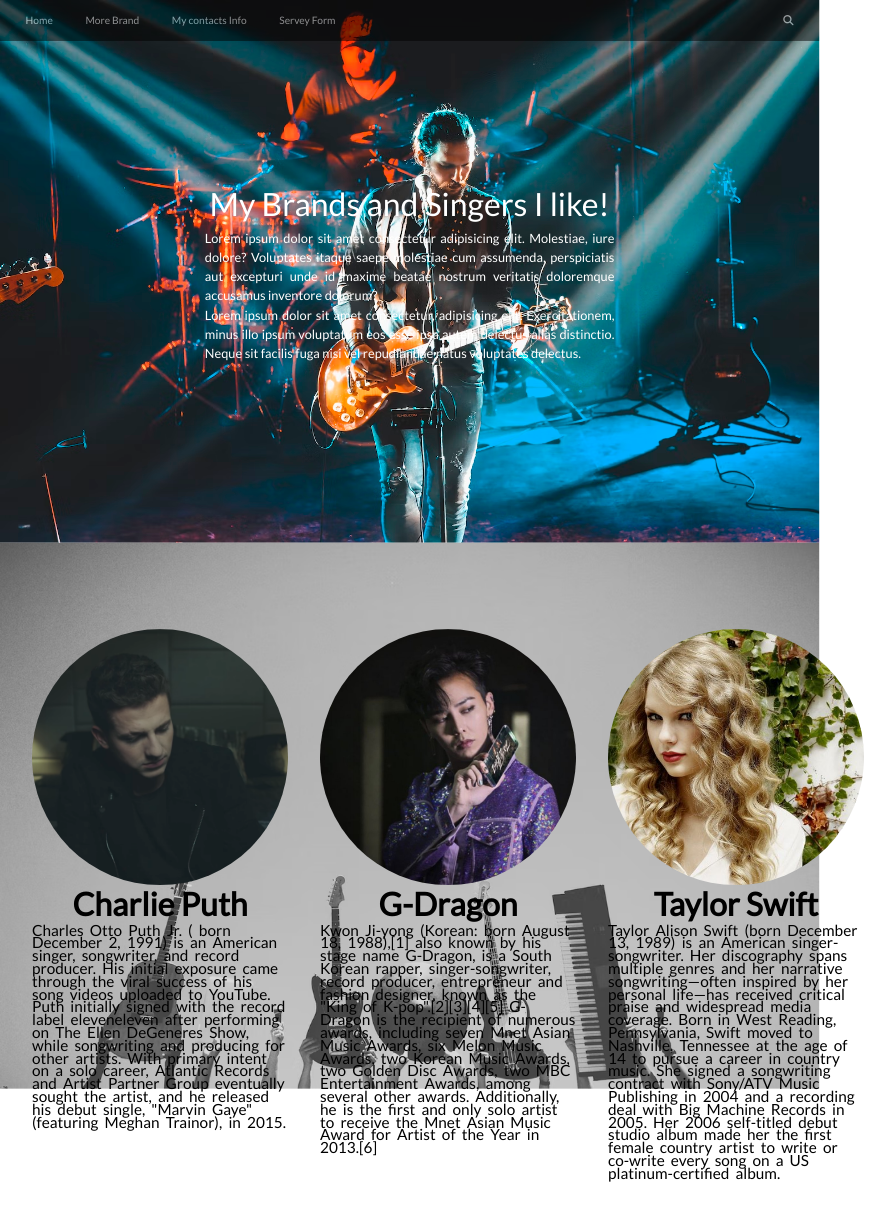
Repository: MinChea36/asm
Page: ASSM1.html
An editor plug-in stored every save of this project. The page is shown before and after the next save, followed by the edit.
The browser window is 1280 px wide. The page is 1400 px wide, so the pictures cover 1400 px, including what lies to the right of the window. The pictures show the whole page, at 64% of full size.

Above is the page before, as saved 2022-09-22 22:52:36.

### ASSM1.html
<!DOCTYPE html>
<html lang="en">
<head>
    <meta charset="UTF-8">
    <meta http-equiv="X-UA-Compatible" content="IE=edge">
    <meta name="viewport" content="width=device-width, initial-scale=1.0">
    <link rel="stylesheet" href="./resetcss.css">
    <link rel="stylesheet" href="./style.css">
    <link rel="stylesheet" href="https://cdnjs.cloudflare.com/ajax/libs/font-awesome/6.2.0/css/all.min.css">
    <link rel="stylesheet" href="https://fonts.googleapis.com/css?family=Lato">
    <title>AssignMent 1</title>
</head>
<body>
    <div class="top-menu">
        <div class="menu">
            <a href="#1">Home</a> |
            <a href="#2">More Brand</a> |
            <a href="#3">My contacts Info</a> |
            <a href="#4">Servey Form</a> |
        </div>
        <div class="search">
            <i class="fa-solid fa-magnifying-glass"></i>
        </div>
    </div>
    <div class="brand-singer">
        <img src="./photo-1598387993441-a364f854c3e1.avif" width="100%" alt="">
        <div class="brand-singer-in-img">
        <h2>My Brands and Singers I like!</h2>
        <p>Lorem ipsum dolor sit amet consectetur adipisicing elit. Molestiae, iure dolore? Voluptates itaque saepe molestiae cum assumenda, perspiciatis aut excepturi unde id maxime beatae nostrum veritatis doloremque accusamus inventore dolorum?<br>
            Lorem ipsum dolor sit amet consectetur, adipisicing elit. Exercitationem, minus illo ipsum voluptatum eos esse ipsa autem delectus alias distinctio. Neque sit facilis fuga nisi vel repudiandae natus voluptates delectus.
        </p>
        </div>
    </div>

    <div class="boxed">
        <img src="./photo-1445375011782-2384686778a0.avif" width="100%" alt="">
        <div class="singers-like">
            <div class="row">
                <div class="card-img">
                   <img src="./643a87-Charlie-Puth-Claims-Hes-Done-Writing-Love-Ballads-And-Is-Bring-His-Dark-Thoughts-To-His-New-Album-feature.webp" alt="">
                </div>
                <div class="singers-text">
                <h2>Charlie Puth</h2>
                <p>Charles Otto Puth Jr. ( born December 2, 1991) is an American singer, songwriter, and record producer. His initial exposure came through the viral success of his song videos uploaded to YouTube. Puth initially signed with the record label eleveneleven after performing on The Ellen DeGeneres Show, while songwriting and producing for other artists. With primary intent on a solo career, Atlantic Records and Artist Partner Group eventually sought the artist, and he released his debut single, "Marvin Gaye" (featuring Meghan Trainor), in 2015.</p>
                </div>
            </div>
            <div class="row">
                <div class="card-img">
                   <img src="/G-Dragon-elle-man-1.jpg" alt="">
                </div>
                <div class="singers-text">
                <h2>G-Dragon</h2>
                <p>Kwon Ji-yong (Korean: born August 18, 1988),[1] also known by his stage name G-Dragon, is a South Korean rapper, singer-songwriter, record producer, entrepreneur and fashion designer, known as the "King of K-pop".[2][3][4][5] G-Dragon is the recipient of numerous awards, including seven Mnet Asian Music Awards, six Melon Music Awards, two Korean Music Awards, two Golden Disc Awards, two MBC Entertainment Awards, among several other awards. Additionally, he is the first and only solo artist to receive the Mnet Asian Music Award for Artist of the Year in 2013.[6]</p>
                </div>
            </div>
            <div class="row">
                <div class="card-img">
                   <img src="images814767taylorsw-c29a.jpg" alt="">
                </div>
                <div class="singers-text">
                <h2>Taylor Swift</h2>
                <p>Taylor Alison Swift (born December 13, 1989) is an American singer-songwriter. Her discography spans multiple genres and her narrative songwriting—often inspired by her personal life—has received critical praise and widespread media coverage. Born in West Reading, Pennsylvania, Swift moved to Nashville, Tennessee at the age of 14 to pursue a career in country music. She signed a songwriting contract with Sony/ATV Music Publishing in 2004 and a recording deal with Big Machine Records in 2005. Her 2006 self-titled debut studio album made her the first female country artist to write or co-write every song on a US platinum-certified album.</p>
            </div>
            </div>
        </div>
    </div>


</body>
</html>

### resetcss.css
*,
*::before,
*::after {
  box-sizing: border-box;
}
* {
  margin: 0;
  padding: 0;
  font: inherit;
}
body {
  line-height: 1.5;
}
img,
picture,
video,
canvas,
svg {
  display: block;
  max-width: 100%;
}
input,
button,
textarea,
select {
  outline: none;
}
p,
h1,
h2,
h3,
h4,
h5,
h6 {
  overflow-wrap: break-word;
}

### style.css
body {
    padding: 0;
    margin: 0;
    font-family: "Lato", sans-serif;
}
.top-menu {
    display: flex;
    justify-content: space-between;
    background-color: black;
    padding: 20px;
    position: fixed;
    top: 0;
    left: 0;
    z-index: 2;
    right: 0;
    opacity: 0.5;
}
.menu a{
    color: white;
    text-decoration: none;
    padding: 0 20px;
}
.menu a:hover {
    color: red;
}
.search i {
    color: white;
    padding-right: 20px;
}
.brand-singer {
    position: relative;
}
.brand-singer-in-img {
    position: absolute;
    top: 50%;
    left: 50%;
    transform: translate(-50%, -50%);
    color: white;
    text-align: center;
}
.brand-singer h2 {
    font-size: 50px;
}
.brand-singer p {
    text-align: justify;
    font-size: 20px;
}
.boxed {
   position: relative;
}
.singers-like {
    position: absolute;
    top: 10%;
    left: 0;
    display: grid;
    grid-template-columns: repeat(3,1fr);
    grid-column-gap: 50px;
    padding: 50px 50px;
    line-height: 20px;
}
.singers-text h2 {
    margin-top: 20px;
    margin-bottom: 20px;
    text-align: center;
    font-size: 50px;
    font-weight: bold;
}
.singers-text p {
    font-size: 24px;
    word-spacing: 5px;
}
.card-img {
    border-radius: 50%;
    width: 400px;
    height: 400px;
    overflow: hidden;
    margin: 0 auto;
}
.card-img img{
    width: 100%;
    height: 100%;
    object-fit: cover;
}

After the next save:
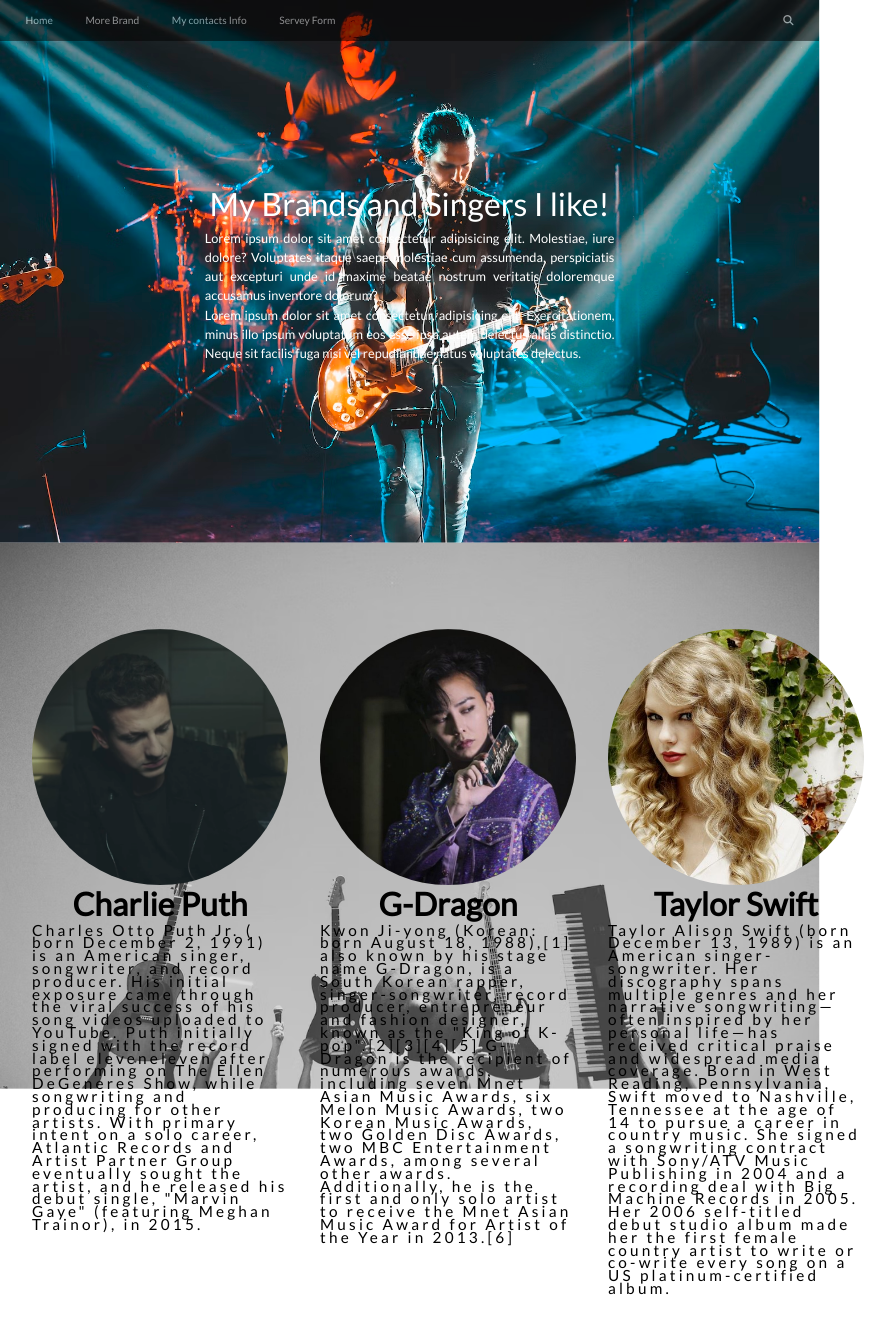
Saved 11 s later.
--- a/style.css
+++ b/style.css
@@ -67,7 +67,7 @@
 }
 .singers-text p {
     font-size: 24px;
-    word-spacing: 5px;
+    letter-spacing: 5px;
 }
 .card-img {
     border-radius: 50%;
